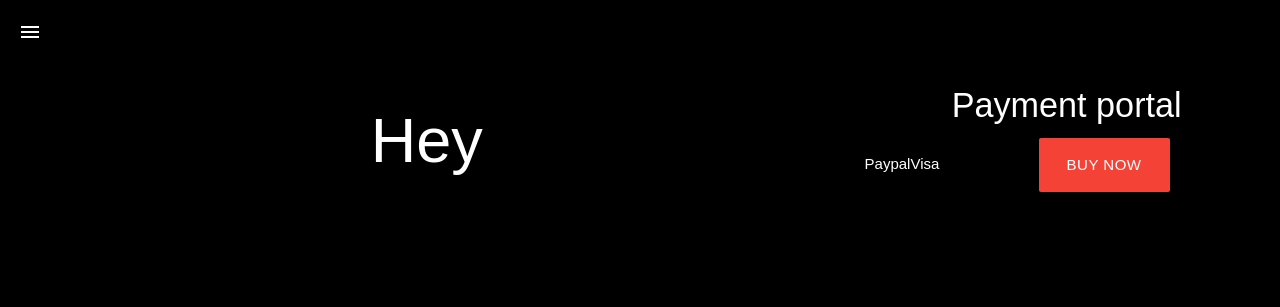
Repository: Ajtheult/final-project
Page: /cart
These files come from the project's save history. The page is drawn as it stood at one moment and after the next save; the edit follows.
The browser window is 1280 px wide. The pictures show the whole page.
Some web fonts or font styles are not loaded; a fallback is used. Some web libraries are served in a nearby version. The project was rebuilt for these pictures with package versions that can differ from the ones it lists, and the page was loaded fresh each time. Also part of the build but not shown: src/layout/pages/LandingPage.js, src/layout/pages/About.js, src/layout/pages/catalogue/Keys.js, src/layout/pages/catalogue/String.js, src/layout/pages/catalogue/Woodwind.js, src/layout/pages/catalogue/Percussion.js, src/layout/pages/login/Login.js, src/layout/pages/login/NewSignUp.js.

Above is the page before, as saved 2020-07-23 10:38:23.

### public/index.html
<!DOCTYPE html>
<html lang="en">
  <head>
    <meta charset="utf-8" />
    <link rel="icon" type="image/png" href="favicon.png" />
    <meta name="viewport" content="width=device-width, initial-scale=1" />
    <meta name="theme-color" content="#000000" />
    <meta
      name="description"
      content="Web site created using create-react-app"
    />

    <link rel="manifest" href="%PUBLIC_URL%/manifest.json" />

    <link
      rel="stylesheet"
      href="https://fonts.googleapis.com/icon?family=Material+Icons"
    />
    <link
      rel="stylesheet"
      href="https://cdnjs.cloudflare.com/ajax/libs/animate.css/4.0.0/animate.min.css"
    />
    <link
      href="https://fonts.googleapis.com/css2?family=Gruppo&family=Qwigley&display=swap"
      rel="stylesheet"
    />

    <title>Ling Ling 40 Hours</title>
  </head>
  <body>
    <noscript>You need to enable JavaScript to run this app.</noscript>
    <div id="root"></div>
  </body>
</html>

### src/index.js
import React from "react";
import ReactDOM from "react-dom";

import "materialize-css/dist/css/materialize.min.css";

import App from "./App";

ReactDOM.render(
  <React.StrictMode>
    <App />
  </React.StrictMode>,
  document.getElementById("root")
);

### src/App.js
import React from "react";
import "./App.css";
import Navbar from "./layout/nav/Navbar";
import LandingPage from "./layout/pages/LandingPage";
import About from "./layout/pages/About";
import Keys from "./layout/pages/catalogue/Keys";
import String from "./layout/pages/catalogue/String";
import Woodwind from "./layout/pages/catalogue/Woodwind";
import Percussion from "./layout/pages/catalogue/Percussion";
import Login from "./layout/pages/login/Login";
import Cart from "./layout/pages/Cart";
import NewSignUp from "./layout/pages/login/NewSignUp";

import { BrowserRouter as Router, Switch, Route } from "react-router-dom";

function App() {
  return (
    <Router>
      <div className="App">
        <Navbar />
        <Switch>
          <Route path="/" exact component={LandingPage} />
          <Route path="/about" component={About} />
          <Route path="/login" component={Login} />
          <Route path="/cart" component={Cart} />
          <Route path="/keys" component={Keys} />
          <Route path="/string" component={String} />
          <Route path="/woodwind" component={Woodwind} />
          <Route path="/percussion" component={Percussion} />
          <Route path="/new-sign-up" component={NewSignUp} />
        </Switch>
      </div>
    </Router>
  );
}

export default App;

### src/App.css
.App {
  text-align: center;
}

/* The text colour is white thats why its not showing */

.text-nav {
  margin-left: 55%;
  font-size: 25px;
}

.a-text-nav {
  font-size: 25px;
}

.size {
  font-size: 30px;
}

img.bg {
  /* Set rules to fill background */
  min-height: 100%;
  min-width: 1024px;

  /* Set up proportionate scaling */
  width: 100%;
  height: auto;

  /* Set up positioning */
  position: fixed;
  top: 0;
  left: 0;
  z-index: -1;
}

div.admin-bg {
  /* Set rules to fill background */
  min-height: 100%;
  min-width: 1024px;

  /* Set up proportionate scaling */
  width: 100%;
  height: auto;

  /* Set up positioning */
  position: fixed;
  top: 0;
  left: 0;
  z-index: -1;
  background-color: black;
}

@media screen and (max-width: 1024px) {
  /* Specific to this particular image */
  img.bg {
    left: 50%;
    margin-left: -512px; /* 50% */
  }

  div.admin-bg {
    left: 50%;
    margin-left: -512px; /* 50% */
  }
}

h1,
h2,
h3,
h4,
h5,
h6,
p {
  color: white;
}

.myback {
  height: 220px;
  width: 300px;
}

.centered {
  position: absolute;
  top: 40%;
  left: 50%;
  transform: translate(-50%, -50%);
  font-size: 140px;
  font-family: "Qwigley", cursive;
  color: rgb(255, 255, 255);
}
/* Login-Start */
body {
  font-family: sans-serif;
  background-color: black;
  background-size: cover;
}

.sign {
  text-align: left;
  margin-left: 20px;
  font-size: 22px;
  font-family: serif;
  color: black;
}
.my_login-box {
  width: 300px;
  position: absolute;
  top: 50%;
  left: 50%;
  transform: translate(-50%, -50%);
}

.my_login-box h1 {
  font-size: 30px;
  margin-bottom: 30px;
  padding: 5px;
  font-family: Times, serif;
  color: black;
}

.my_textbox {
  width: 100%;
  overflow: hidden;
  font-size: 20px;
  padding: 8px;
  margin: 8px;
}

.my_textbox input {
  border: none;
  outline: none;
  background: none;
  color: white;
  font-size: 18px;
  width: 80%;
  float: left;
  margin: 0 10px;
}

.my_btn {
  width: 100%;
  background-color: black;
  border: 10px solid black;
  color: rgb(255, 255, 255);
  padding: 5px;
  font-size: 18px;
  cursor: pointer;
  margin: 12px;
}
/* Login-End */

.colour_of_about_text {
  color: white;
  font-size: 30px;
}

.text-colour {
  color: black;
}

.move_down {
  margin-top: 50%;
}

.card_text_colour {
  color: black;
  font-size: 18px;
  text-align: left;
}

.price {
  margin-top: -10px;
  text-align: left;
}

.cart-btn {
  margin-top: 10px;
}

.headings_popup {
  text-align: left;
}

.instrument_sections {
  color: black;
  font-family: "Qwigley", cursive;
  font-size: 80px;
  margin-top: -5px;
  text-shadow: 2px 0 0 #fff, -2px 0 0 #fff, 0 2px 0 #fff, 0 -2px 0 #fff,
    1px 1px #fff, -1px -1px 0 #fff, 1px -1px 0 #fff, -1px 1px 0 #fff;
}

.about {
  font-family: "Qwigley", cursive;
  font-size: 180px;
  color: black;
  text-shadow: 2px 0 0 #fff, -2px 0 0 #fff, 0 2px 0 #fff, 0 -2px 0 #fff,
    1px 1px #fff, -1px -1px 0 #fff, 1px -1px 0 #fff, -1px 1px 0 #fff;
}

.questions {
  font-family: "Gruppo", cursive;
}

.move_this_up {
  margin-top: -10px;
}

.move_my_products {
  margin-top: -70px;
}

.about_us_move {
  margin-left: 50%;
  margin-top: 19%;
  position: absolute;
  padding: 20px;
  transform: translate(-50%, -50%);
}

.gender_colour {
  color: black;
}

.the_container {
  width: 50%;
}

.move_this_row {
  margin-top: -80px;
}

.sign_up_head {
  font-family: "Qwigley", cursive;
  font-size: 100px;
  color: black;
  text-shadow: 2px 0 0 #fff, -2px 0 0 #fff, 0 2px 0 #fff, 0 -2px 0 #fff,
    1px 1px #fff, -1px -1px 0 #fff, 1px -1px 0 #fff, -1px 1px 0 #fff;
}

### src/layout/nav/Navbar.js
/* eslint-disable jsx-a11y/anchor-is-valid */
import React, { Component } from "react";
import M from "materialize-css/dist/js/materialize.min.js";
import "../../App.css";
import logo from "./logo.jpg";
import mybackground from "./mybackground.jpg";
import { Link } from "react-router-dom";

export class Navbar extends Component {
  componentDidMount() {
    document.addEventListener("DOMContentLoaded", function () {
      var elems = document.querySelectorAll(".sidenav");
      // eslint-disable-next-line
      var instances = M.Sidenav.init(elems, {});
    });
  }

  render() {
    return (
      <div>
        <nav>
          <div className="nav-wrapper black">
            <a
              data-target="slide-out"
              className="sidenav-trigger show-on-large"
            >
              <i className="material-icons">menu</i>
            </a>
          </div>
        </nav>
        <ul id="slide-out" className="sidenav">
          <li>
            <div className="user-view">
              <div className="background">
                <img src={mybackground} className="myback" alt="background" />
              </div>
              <a href="/">
                <img className="circle" src={logo} alt="logo" />
              </a>

              <span className="white-text name size">40 hours</span>
              <br />
            </div>
          </li>
          <Link to="/">
            <li>Home</li>
          </Link>
          <Link to="/about">
            <li>About Us</li>
          </Link>
          <li>
            <div className="divider"></div>
          </li>

          <li>
            <div className="subheader">User</div>
          </li>

          <Link to="/login">
            <li>Login</li>
          </Link>
          <Link to="/new-sign-up">
            <li>Sign up</li>
          </Link>

          <Link to="/cart">
            <li>Cart</li>
          </Link>
          <li>
            <div className="divider"></div>
          </li>

          <li>
            <div className="subheader">Catalogue</div>
          </li>

          <Link to="/keys">
            <li>Keys</li>
          </Link>
          <Link to="/string">
            <li>String</li>
          </Link>
          <Link to="/woodwind">
            <li>Woodwind</li>
          </Link>
          <Link to="/percussion">
            <li>Percussion</li>
          </Link>
          <li>
            <div className="divider"></div>
          </li>
          <li>
            <div className="subheader">My Portfolio</div>
          </li>
          <li>
            <a
              className="waves-effect"
              href="https://ajtheult.github.io/portfolio-v3/"
            >
              Asaph Franks
            </a>
          </li>
        </ul>
      </div>
    );
  }
}

export default Navbar;

### src/layout/pages/Cart.js
import React from "react";
import "../../App.css";

const Cart = () => {
  return (
    <div>
      <div class="row">
        <div class="col s8">
          <h1>Hey</h1>
        </div>

        <div class="col s4">
          <h4>Payment portal</h4>
          <p className="left">Paypal</p>
          <p className="left">Visa</p>
          <a class="waves-effect waves-light btn-large red" href="#h">
            Buy now
          </a>
        </div>
      </div>
    </div>
  );
};

export default Cart;

After the next save:
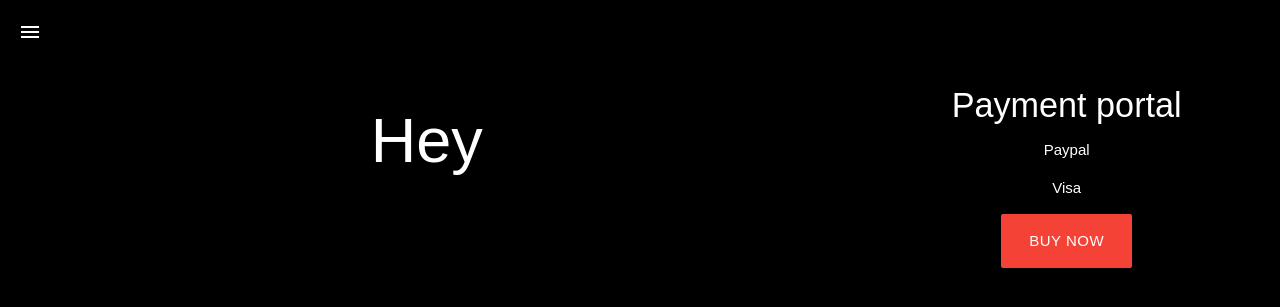
Saved 12 s later.
--- a/src/layout/pages/Cart.js
+++ b/src/layout/pages/Cart.js
@@ -11,8 +11,8 @@ const Cart = () => {
 
         <div class="col s4">
           <h4>Payment portal</h4>
-          <p className="left">Paypal</p>
-          <p className="left">Visa</p>
+          <p className="">Paypal</p>
+          <p className="">Visa</p>
           <a class="waves-effect waves-light btn-large red" href="#h">
             Buy now
           </a>
